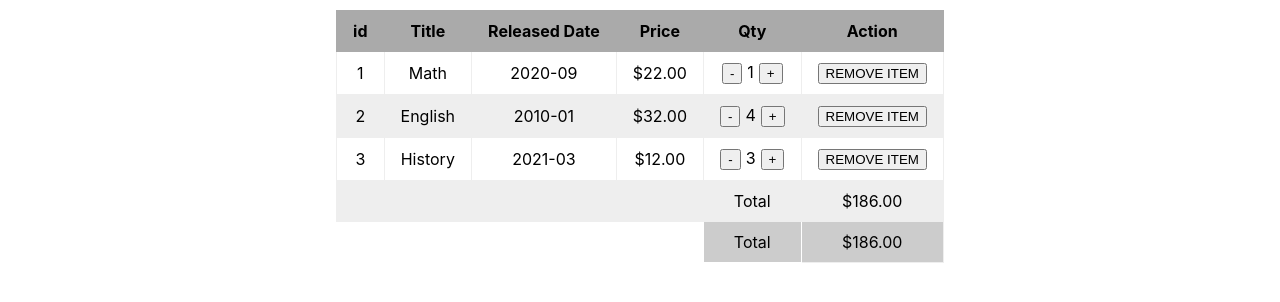
Repository: vgg1kkh/myBookStoreBasket
Page: /
An editor plug-in stored every save of this project. The page is shown before and after the next save, followed by the edit.
The browser window is 1280 px wide. The pictures show the whole page.
The project was rebuilt for these pictures with package versions that can differ from the ones it lists, and the page was loaded fresh each time.

Above is the page before, as saved 2021-10-07 21:13:15.

After the next save:
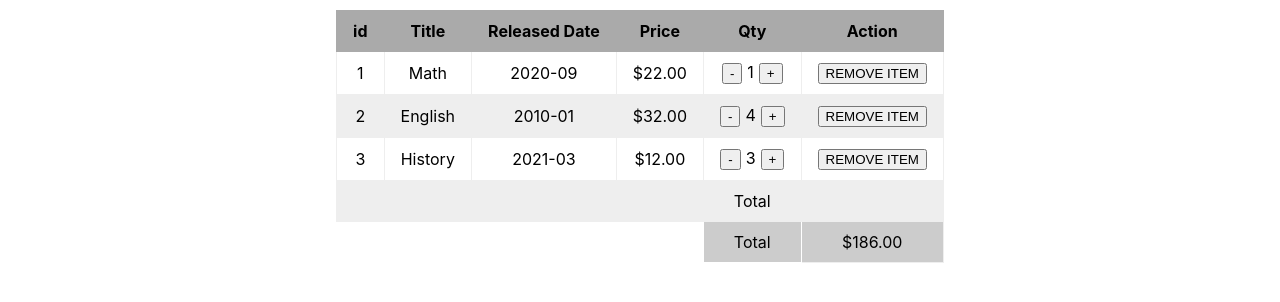
Saved 10 s later.
--- a/src/App.js
+++ b/src/App.js
@@ -112,7 +112,7 @@ export default class App extends Component {
                 <td></td>
                 <td></td>
                 <td>Total</td>
-                <td>{formatPrice(this.getTotalPrice())}</td>
+                <td></td>
               </tr>
               <tr style={{display:(this.state.bookList.length > 0 ? '':'none')}}>
                 <td></td>
